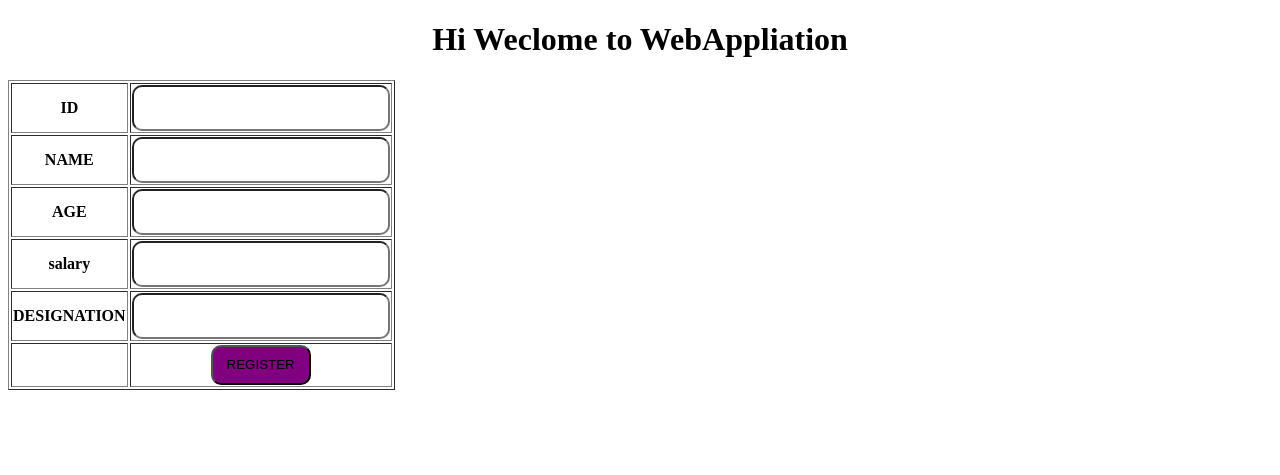
Repository: Surajkande2001/IGTSolution
Page: WebJSP3/src/main/webapp/Entry.html
An editor plug-in stored every save of this project. The page is shown before and after the next save, followed by the edit.
The browser window is 1280 px wide. The pictures show the whole page.

Above is the page before, as saved 2023-06-30 10:48:56.

### WebJSP3/src/main/webapp/Entry.html
<!DOCTYPE html>
<html>



<head>
<meta charset="ISO-8859-1">
<title>Insert title here</title>
</head>



<body>
<div style="text-align: center;">
<h1> Hi Weclome to WebAppliation </h1>
<form action="update.jsp">
<table border="1">
<tr>
<th>ID</th>
<th><input type="text" name="uid" style="width: 250px;height: 40px;border-radius: 10px"></th>
</tr>

<tr>
<th>NAME </th>
<th><input type="text" name="uname" style="width: 250px;height: 40px;border-radius: 10px"></th>
</tr>

<tr>
<th>AGE</th>
<th><input type="text" name="uage" style="width: 250px;height: 40px;border-radius: 10px"></th>
</tr>

<tr>
<th>salary</th>
<th><input type="text" name="usalary" style="width: 250px;height: 40px;border-radius: 10px"></th>
</tr>

<tr>
<th>DESIGNATION</th>
<th><input type="text" name="udesig" style="width: 250px;height: 40px;border-radius: 10px"></th>
</tr>

<tr>
<th></th>
<th><input type="submit" value="REGISTER" style="width: 100px;height: 40px;border-radius: 10px;background-color: purple;"></th>
</tr>

</table>

</form>
</div>
</body>



</html>

After the next save:
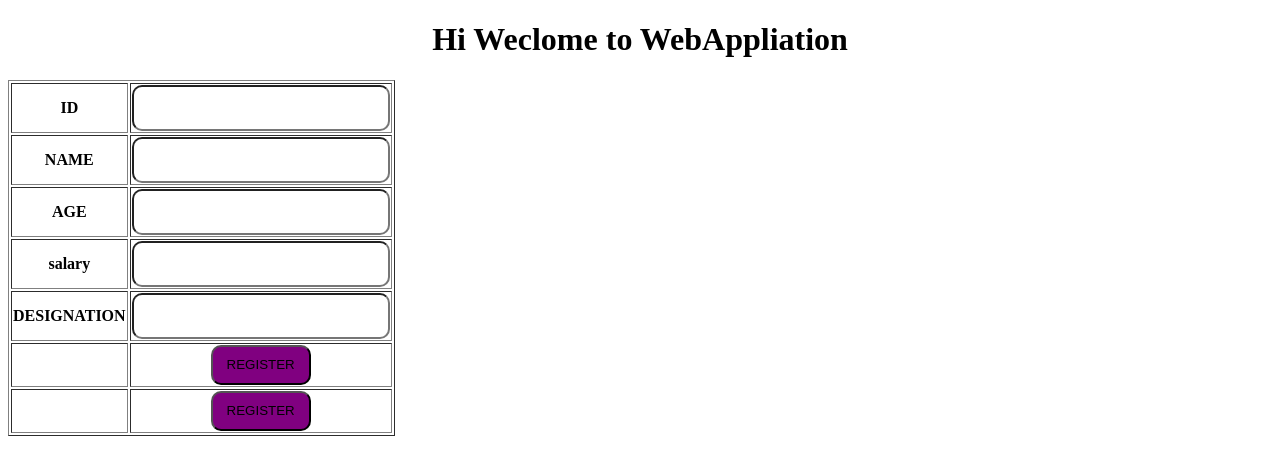
Saved 43 s later.
--- a/WebJSP3/src/main/webapp/Entry.html
+++ b/WebJSP3/src/main/webapp/Entry.html
@@ -44,7 +44,10 @@
 <th></th>
 <th><input type="submit" value="REGISTER" style="width: 100px;height: 40px;border-radius: 10px;background-color: purple;"></th>
 </tr>
-
+<tr>
+<th></th>
+<th><input type="submit" value="REGISTER" style="width: 100px;height: 40px;border-radius: 10px;background-color: purple;"></th>
+</tr>
 </table>
 
 </form>
